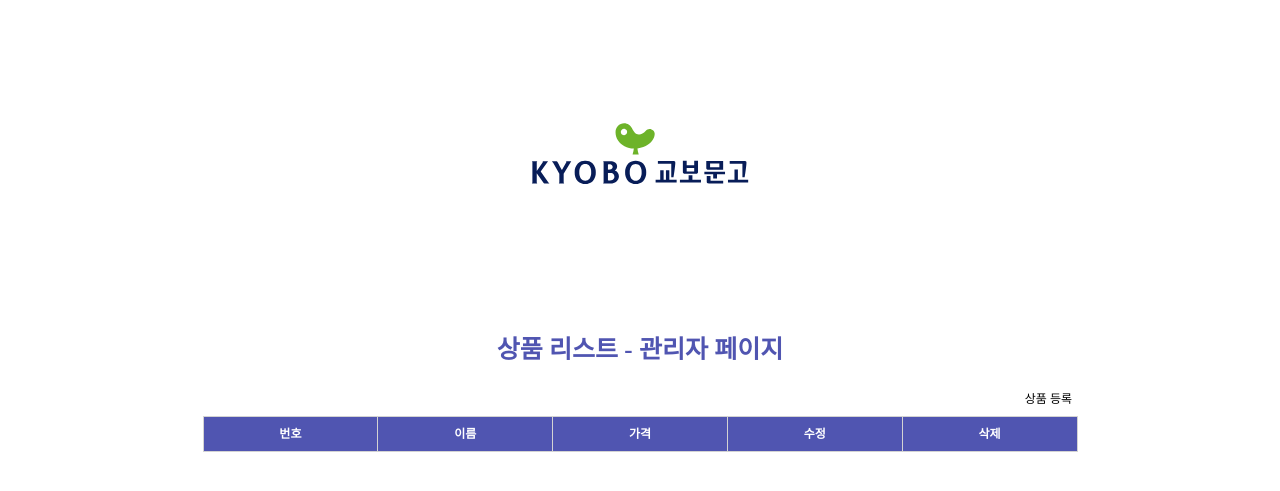
Repository: Yundanbi/Kyobo
Page: http://localhost/kyobo/productList.do
These files come from the project's save history. The page is drawn as it stood at one moment and after the next save; the edit follows.
The browser window is 1280 px wide. The pictures show the whole page.
The page is served by Tomcat 9. Queries for data that is not in the repository find no rows.

Above is the page before, as saved 2025-06-17 07:31:55.

After the next save:
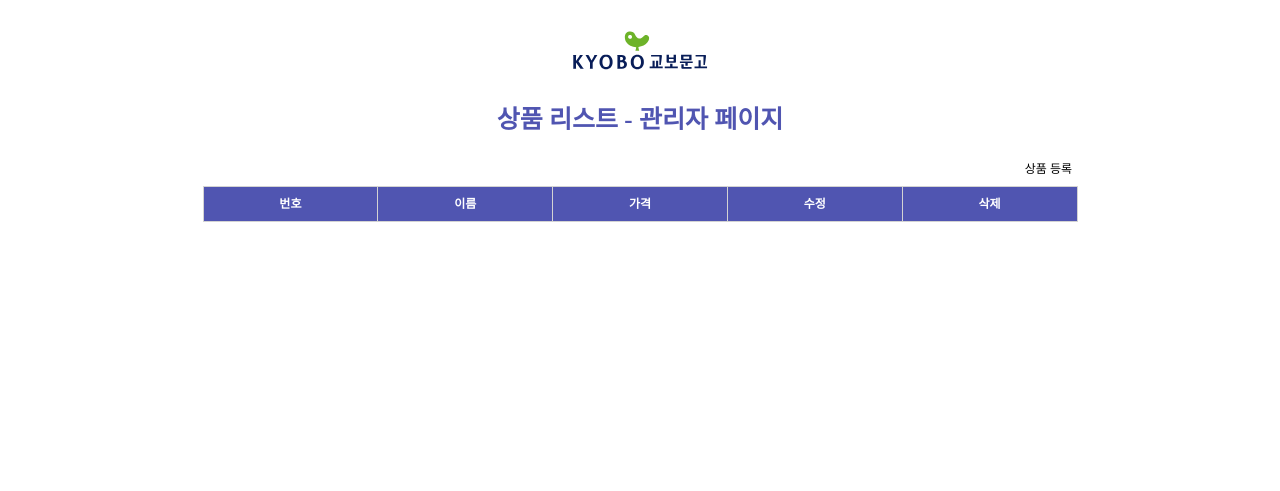
Saved 36 s later.
--- a/kyobo/src/main/webapp/book/productList.jsp
+++ b/kyobo/src/main/webapp/book/productList.jsp
@@ -6,6 +6,12 @@
 <head>
 <meta charset="UTF-8">
 <title>Insert title here</title>
+<style>
+	.logo img {
+        height: 50px;
+        margin-top : 20px;
+      }
+</style>
 <link rel="stylesheet" type="text/css" href="css/shopping.css">
 </head>
 <body>
